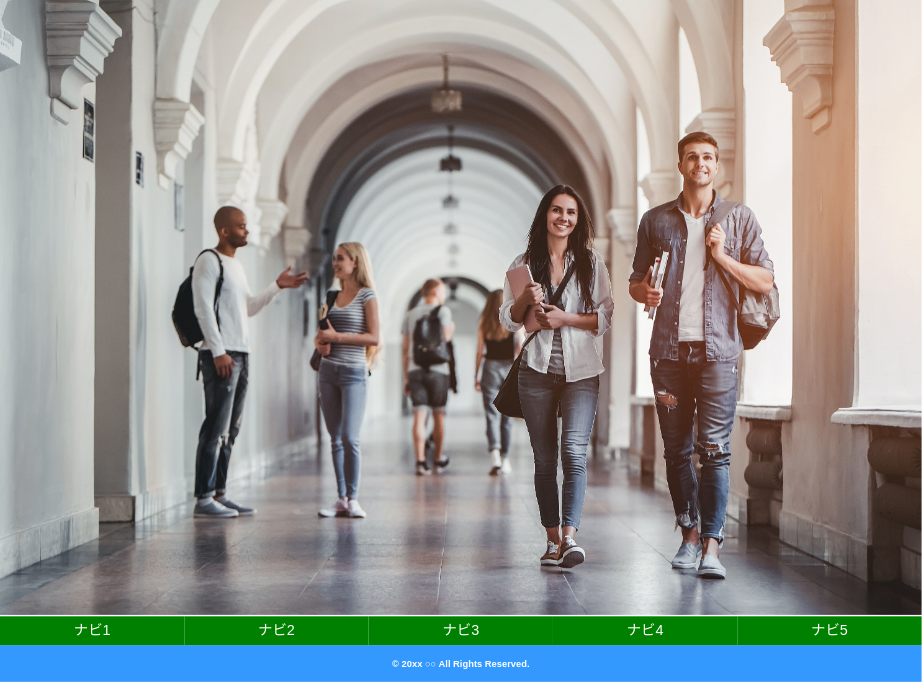
Repository: Burai919/samurai_HTML-CSS
Page: index3.html/home.html
The author's editor kept a record of every edit. The page is drawn from the files as they stood at one moment, then again after the next edit.
The browser window is 1280 px wide. The pictures show the whole page, at 72% of full size.
Pictures or frames that could not be fetched are drawn as grey boxes.

Above is the page before.

After the next edit:
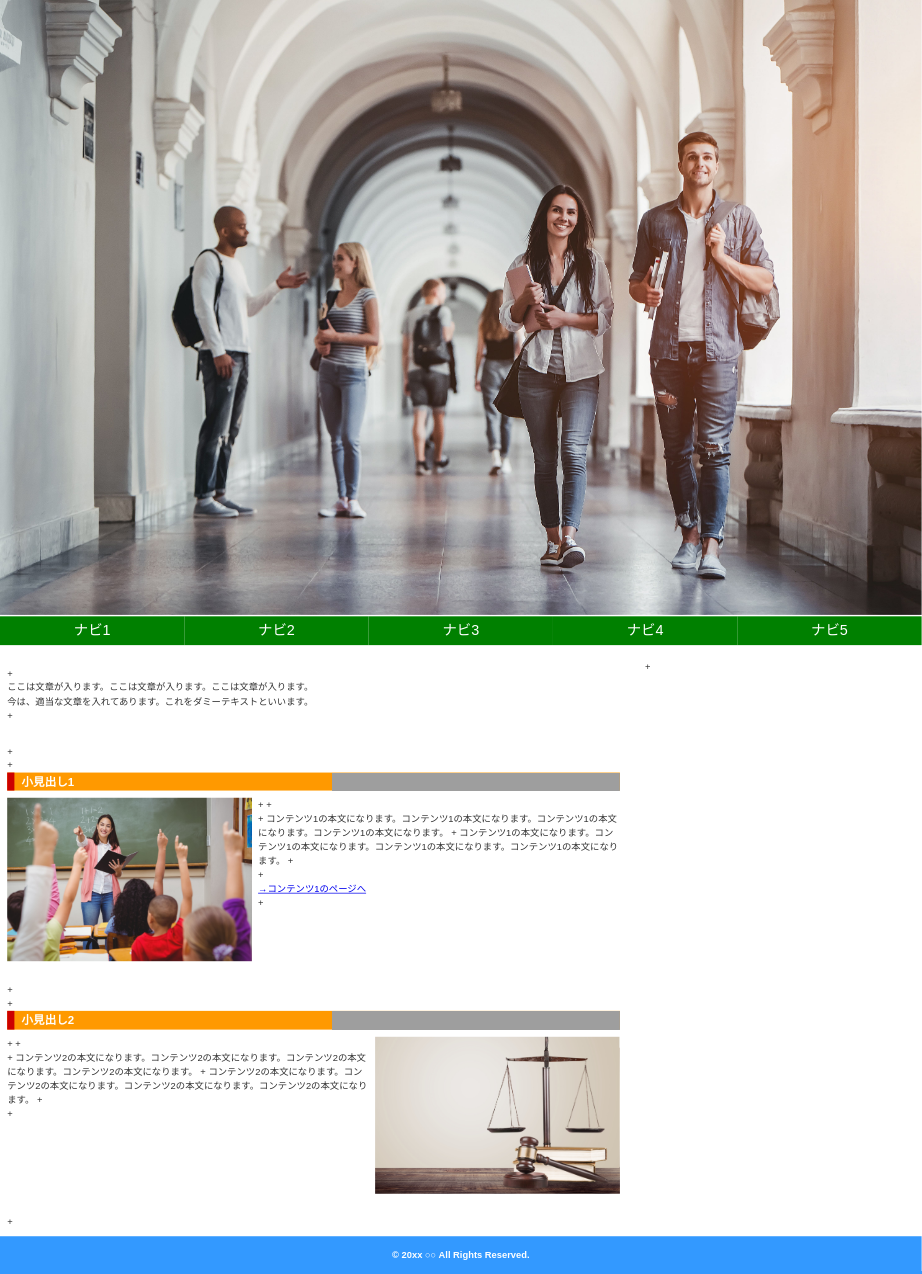
The edit:
--- a/index3.html/home.html
+++ b/index3.html/home.html
@@ -19,6 +19,30 @@
                     <li><a href="#">ナビ5</a></li>
                </ul>
             </div>
+                       <div id="container">
+               <div id="main">
+                    <div class="post">
++                        <p>ここは文章が入ります。ここは文章が入ります。ここは文章が入ります。<br />今は、適当な文章を入れてあります。これをダミーテキストといいます。</p>
++                    </div>
++                    <div class="post clearfix">
++                        <h2>小見出し1</h2>
++                        <img class="left" src="images/classroom.jpg" alt="授業風景" />
++                        <p>
++                            コンテンツ1の本文になります。コンテンツ1の本文になります。コンテンツ1の本文になります。コンテンツ1の本文になります。
++                            コンテンツ1の本文になります。コンテンツ1の本文になります。コンテンツ1の本文になります。コンテンツ1の本文になります。
++                        </p>
++                        <p><a href="#">→コンテンツ1のページへ</a></p>
++                    </div>
++                    <div class="post clearfix">
++                        <h2>小見出し2</h2>
++                        <img class="right" src="images/scale.jpg" alt="天秤" />
++                        <p>
++                            コンテンツ2の本文になります。コンテンツ2の本文になります。コンテンツ2の本文になります。コンテンツ2の本文になります。
++                            コンテンツ2の本文になります。コンテンツ2の本文になります。コンテンツ2の本文になります。コンテンツ2の本文になります。
++                        </p>
++                    </div>
++                </div>
++            </div>
   </div>
   <div id="footer">
       <p>&copy; 20xx ○○ All Rights Reserved.</p>
